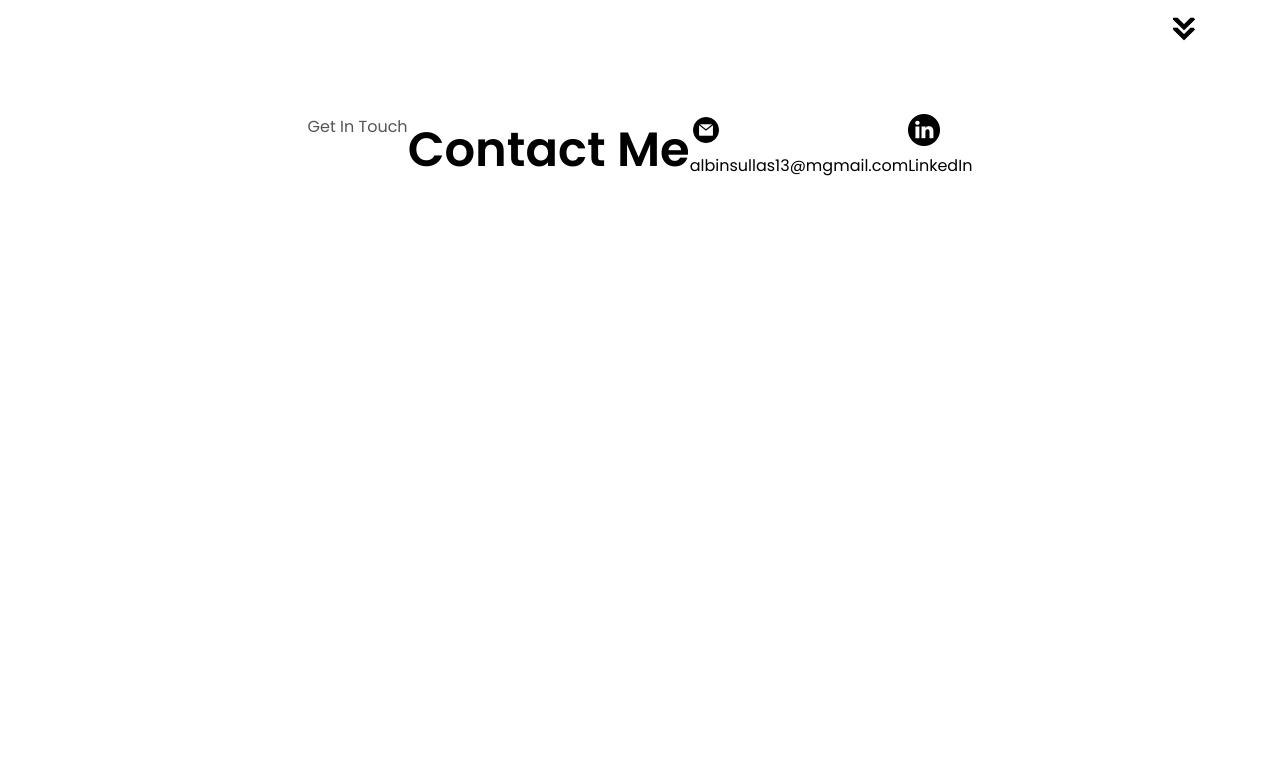
Repository: albinsabu2023/albinsabu
Page: index.html
The author's editor kept a copy of each file at every save. The page is drawn from the files as they stood at one save, then again after the next save.
The browser window is 1280 px wide. The pictures show the part of the page from y = 2687 to 3463 px (the page is 3463 px tall before and 3276 px after).
A picture or video elsewhere on the page could not be fetched, so the positions and the page height are approximate.

Above is the page before, as saved 2023-08-30 13:49:54.

### index.html
<!DOCTYPE html>
<html lang="en">
<link>
    <meta charset="UTF-8">
    <meta name="viewport" content="width=device-width, initial-scale=1.0">
    <title>Albin Sabu</title>
    <link rel="stylesheet" href="style.css"/>
    <link rel="stylesheet" href="mediaqueries.css">
</head>
<body>
    <nav id="desktop-nav">
        <div class="logo">
            ALBIN SABU
        </div>
        <div>
            <ul class="nav-links">
                <li><a href="#about">About</a></li>
                <li><a href="#experience">Experience</a></li>
                <li><a href="#project">Project</a></li>
                <li><a href="#contact">Contact</a></li>
            </ul>
        </div>
    </nav>
    <nav id="hamburger-nav">
        <div clas="logo"> ALBIN SABU</div>
        <div class="hamburger-menu">
            <div class="hamburger-icon" onclick="toggleMenu()">
                <span></span>
                <span></span>
                <span></span>
            </div>
            <div class="menu-links">
                <li><a href="#about" onclick="toggleMenu()">About</a></li>
                <li><a href="#about" onclick="toggleMenu()">Experience</a></li>
                <li><a href="#about" onclick="toggleMenu()">Project</a></li>
                <li><a href="#about" onclick="toggleMenu()">Contact</a></li>
            </div>
        </div>
    </nav>
    <section id="profile">
        <div class="section__pic-container">
            <img src="./assets/Albin Sabu2.png" alt="profile-pic">
        </div>
        <div class="section__text">
            <p class="section__text__p1">Hello ,I'm</p>
            <h1 class="title">Albin Sabu</h1>
            <p class="section__text__p2">Software Developer</p>
            <div class="btn_container">
                <button class="btn btn-color-2" onclick="window.open('./assets/Albin sabu.pdf')">Download CV</button>
                <button class="btn btn-color-1" onclick="location.href='#contact'">Contact Info</button>
            </div>
            <div id="social-container">
                <img src="./assets/linkedin.png" alt="My Linkedin Profile" class="icon" onclick="location.href='https://www.linkedin.com/in/albin-sabu-377798230'">
                <img src="./assets/github.png" alt="My Github Profile" class="icon" onclick="location.href='https://github.com/albinsabu2023'">

            </div>
        </div>
    </section>
    <section id="about">
        <p class="section__text__p1">Get To Know More</p>
        <h1 class="title">About Me</h1>
        <div class="section-container">
            <div class="section__pic-container">
                <img src="./assets/ull.png" alt="profilepicture" class="about-pic">
            </div>
            <div class="about-details-container">
                <div class="about-container">
                    <div class="details-container">
                        <img src="./assets/experience.png" alt="experience icon" class="icon">
                        <h3>Experience</h3>
                        <p>Full Stack Developer</p>
                    </div>
                    <div class="details-container">
                        <img src="./assets/education.png" alt="experience icon" class="icon">
                        <h3>Education</h3>
                        <p>B.Tech in Computer Science</p>
                    </div>
                </div>
                <div class="text-container">
                    <p>Greetings! I'm Albin Sabu, a dedicated Fullstack developer and final year Computer Science Engineering student. Hailing
                    from the serene landscapes of Kottayam, Kerala, India, I'm driven by a love for learning, a passion for playing
                    football, and traveling. My skill set encompasses rapid learning, astute critical thinking, and adept
                    problem-solving.  I'm poised to create meaningful
                    contributions in the world of development.
                    </p>
                </div>
            </div>
        </div>
        <!-- onclick="locaiton.href='./#experience'" -->
       <img src="./assets/arrow.png" alt="arrow" class="icon arrow" >
    </section>
    <section id="experience">
        <p class="section__text__p1">Explore My</p>
        <h1 class="title">Experience</h1>
        <div class="experience-details-container">
            <div class="about-container">
                <div class="details-container">
                    <h2 class="experience-sub-title">FrontEnd</h2>
                    <div class="article-container">
                        <article>
                            <img src="./assets/checkmark.png" alt="experience-icon" class="icon">
                            <div>
                                <h3>HTML</h3>
                                <p>Experienced</p>
                            </div>
                        </article>
                        <article>
                            <img src="./assets/checkmark.png" alt="experience-icon" class="icon">
                            <div>
                                <h3>CSS</h3>
                                <p>Experienced</p>
                            </div>
                        </article>
                        <article>
                            <img src="./assets/checkmark.png" alt="experience-icon" class="icon">
                            <div>
                                <h3>Javascript</h3>
                                <p>Experienced</p>
                            </div>
                        </article>
                        <article>
                            <img src="./assets/checkmark.png" alt="experience-icon" class="icon">
                            <div>
                                <h3>Typescript</h3>
                                <p>Experienced</p>
                            </div>
                        </article>
                        <article>
                            <img src="./assets/checkmark.png" alt="experience-icon" class="icon">
                            <div>
                                <h3>NextJS</h3>
                                <p>Experienced</p>
                            </div>
                        </article>

                    </div>
                </div>
                <div class="details-container">
                    <h2 class="experience-sub-title">Backend</h2>
                    <div class="article-container">
                        <article>
                            <img src="./assets/checkmark.png" alt="experience-icon" class="icon">
                            <div>
                                <h3>Node.Js</h3>
                                <p>Experienced</p>
                            </div>
                        </article>
                        <article>
                            <img src="./assets/checkmark.png" alt="experience-icon" class="icon">
                            <div>
                                <h3>MongoDB</h3>
                                <p>Experienced</p>
                            </div>
                        </article>

                        <article>
                            <img src="./assets/checkmark.png" alt="experience-icon" class="icon">
                            <div>
                                <h3>Express.Js</h3>
                                <p>Intermediate</p>
                            </div>
                        </article>
                        <article>
                            <img src="./assets/checkmark.png" alt="experience-icon" class="icon">
                            <div>
                                <h3>Git</h3>
                                <p>Experienced</p>
                            </div>
                        </article>
                        <article>
                            <img src="./assets/checkmark.png" alt="experience-icon" class="icon">
                            <div>
                                <h3>firebase</h3>
                                <p>Experienced</p>
                            </div>
                        </article>

                    </div>
                </div>
            </div>
        </div>
        <img src="./assets/arrow.png" alt="arrow" class="icon arrow">
    </section>
    <section id="project">
        <p class="section__text__p1">Browse My Recent</p>
        <h1 class="title">Projects</h1>
        <div class="experience-details-container">
            <div class="about-container">
                <div class="details-container color-container">
                    <div class="article-container">
                        <img src="./assets/project-1.png" alt="project1" class="project-img">
                    </div>
                    <h2 class="experience-sub-title project-title" onclick="location.href=''">Project One</h2>
                    <div class="btn-container">
                        <button class="btn btn-color-2 project-btn">
                            Github
                        </button>

                    </div>
                </div>
                <div class="details-container color-container">
                    <div class="article-container">
                        <img src="./assets/project-2.png" alt="project1" class="project-img">
                    </div>
                    <h2 class="experience-sub-title project-title" onclick="location.href=''">Project Two</h2>
                    <div class="btn-container">
                        <button class="btn btn-color-2 project-btn">
                            Github
                        </button>

                    </div>
                </div>
                <div class="details-container color-container">
                    <div class="article-container">
                        <img src="./assets/project-3.png" alt="project1" class="project-img">
                    </div>
                    <h2 class="experience-sub-title project-title" onclick="location.href=''">Project Three</h2>
                    <div class="btn-container">
                        <button class="btn btn-color-2 project-btn">
                            Github
                        </button>

                    </div>
                </div>
            </div>
        </div>
        <img src="./assets/arrow.png" alt="arrow" class="icon arrow">
    </section >
    <section id="contact">
        <p class="section__text__p1">Get In Touch</p>
        <h1 class="title">Contact Me</h1>
        <div class="contact-info-upper-container">
            <div class="contact-info-container">
                <img src="./assets/email.png" alt="email icon" class="icon contact-icon">
                <p><a href="mailto:albinsullas13@gmail.com">albinsullas13@mgmail.com</a></p>
            </div>
        </div>
        <div class="contact-info-upper-container">
            <div class="contact-info-container">
                <img src="./assets/linkedin.png" alt="linkdin icon" class="icon contact-icon">
                <p><a href="https://www.linkedin.com/in/albin-sabu-377798230">LinkedIn</a></p>
            </div>
        </div>
    </section>
    <script src="script.js"></script>
</body>
</html>

### style.css
@import url('https://fonts.googleapis.com/css2?family=Poppins:ital,wght@0,300;0,400;0,500;0,600;1,200;1,300;1,500;1,600&display=swap');

* {
    margin: 0;
    padding: 0;
}

body {
    font-family: 'Poppins', sans-serif;
}

html {
    scroll-behavior: smooth;
}

p {
    color: rgb(85, 85, 85);
}

a,
.btn {
    transition: all 300ms ease
}

/* Desktop navigation */
nav,
.nav-links {
    display: flex;

}

nav {
    justify-content: space-around;
    align-items: center;
    height: 17vh;

}

.nav-links {
    gap: 2rem;
    list-style: none;
    font-size: 1.5rem;
}
a{
    color:black;
    text-decoration: none;
    text-decoration-color: white;
}

a:hover{
    color:gray;
    text-decoration:underline;
    text-underline-offset:1rem ;
    text-decoration-color:rgb(181,181,181);
}

.logo{
    font-size:2rem;
}

#hamburger-nav{
    display:none;
}
.hamburger-menu{
    position: relative;
    display:inline-block;
}
.hamburger-icon{
    display: flex;
    flex-direction: column;
    justify-content: space-between;
    height: 24px;
    width: 30px;
    cursor: pointer;
}

.hamburger-icon span{
    width:100%;
    height: 2px;
    background-color: black;
    transition: all 0.3 ease-in-out;
}

.menu-links{
    position:absolute;
    top:100%;
    right:0%;

    width: fit-content;
    max-height: 0;
    overflow: hidden;
    transition: all 0.3 ease-in-out;
}

.menu-links{
    display: block;
    padding: 10px;
    text-align: center;
    font-size: 1.5rem;
    color: black;
    text-decoration: none;
    transform: all 0.3 ease-in-out;
}

.menu-links li{
    list-style: none;

}

.menu-links.open{
    max-height: 300px;
}

.hamburger-icon.open span:first-child{
    transform:rotate(45deg) translate(10px,5px);
}
.hamburger-icon.open span:nth-child(2){
   opacity:0;
}
.hamburger-icon.open span:last-child{
    transform:rotate(-45deg) translate(10px,-5px);
}

.hamburger-icon span:first-child{
    transform: none;
}
.hamburger-icon span:first-child{
    opacity:1;
}
.hamburger-icon span:first-child{
    transform: none;
}

section{
    padding-top:4vh ;
    height: 96vh;
    margin: 0 10rem;
    box-sizing: border-box;
    min-height: fit-content;
}

.section-container{
    display: flex;
}

#profile{
    display: flex;
    justify-content: center;
    gap: 5rem;
    height:  80vh;
}

.section__pic-container{
    display: flex;
    height: 400px;
    width: 400px;
    margin: auto 0;
}

.section__text{

    align-self:center;
    text-align: center;
}

.section__text p{
    font-weight: 600;
}
.section__text__p1{
    text-align: center;

}
.section__text__p2 {

    font-size: 1.75rem;
    margin-bottom: 1rem;
}

.title{
    font-size:3rem;
    text-align: center;
}
#social-container{
    display: flex;
    justify-content: center;
    margin-top: 1rem;
    gap: 1rem;
}

/* icon */
.icon{
    cursor: pointer;
    height: 2rem;
}

.btn-container{
    display: flex;
    justify-content:center;
    gap: 1rem;
}
.btn{
    font-weight: 600;
    transition: all 300ms ease;
    padding: 1rem;
    width: 8rem;
    border-radius: 2rem;

}

.btn-color-1,.btn-color-2{
    border:rgb(53,53,53) 0.1rem solid;
}
.btn-color-1:hover,
.btn-color-2:hover {
   cursor:pointer
}
.btn-color-1,
.btn-color-2:hover {
   background: rgb(53,53,53);
   color: white;
}

.btn-color-1:hover{
    background-color: rgb(0,0,0);

}
.btn-color-2{
    background:none
    ;
}
.btn-color-2:hover{
    border:rgb(255,255,255) 0.1rem solid;
}

/* About section */

#about{
    position: relative;
}
.about-container{
    gap:2rem;
    margin-bottom:2rem ;
    margin-top: 2rem;
}
.about-details-container{
    justify-content: center;
    flex-direction: column;
}

.about-container,.about-details-container{
    display: flex;
}

.about-pic{
    border-radius: 2rem;

}
.arrow{
    position:absolute;
    right:-5rem;
    bottom:2.5rem;
}

.details-container{
    padding:1.5rem ;
    flex: 1;
    background: white;
    border-radius: 2rem;
    border: rgb(53,53,53) 0.1rem solid;
    border-color: rgb(163,163,163);
    text-align: center;

}

.section-container{
    gap: 4rem;
    height: 80%;
}

.section__pic-container{
    height: 300px;
    width:300px ;
    margin:auto 0;
}

/* experience */

#experience{
    position:relative;
}

.experience-sub-title{
    color:rgb(85,85,85);
    font-weight: 600;
    font-size: 1.75rem;
    margin-bottom:2rem;
}

.experience-details-container{
    display: flex;
    justify-content: center;
    flex-direction: column;
}
.article-container{
    display: flex;
    text-align: initial;
    flex-wrap: wrap;
    flex-direction: row;
    gap: 2.5rem;
    justify-content: space-around;
}

article{
    display: flex;
    width: 10rem;
    justify-content: space-around;
    gap:0.5rem ;
}

.article .icon{
    cursor:default;
}

/* project */

#project{
    position: relative;
}

.color-container{
    border-color: rgb(163,163,163);
    background: rgb(250,250,250);
}
.project-img{
    border-radius: 2rem;
    width: 90%;
    height: 90%;
}
.project-title{
    margin: 1rem;
    color:black;
}

.project-btn{
    color: black;
    border-color: rgb(163, 163, 163);
}

#contact{
    display: flex;

    justify-content: center;
}

### mediaqueries.css
@media screen and (max-width:1200px){
    #desktop-nav{
        display: none;
    }
    #hamburger-nav{
        display: flex;
    }
}

Loaded but not shown: script.js (common file)

After the next save:
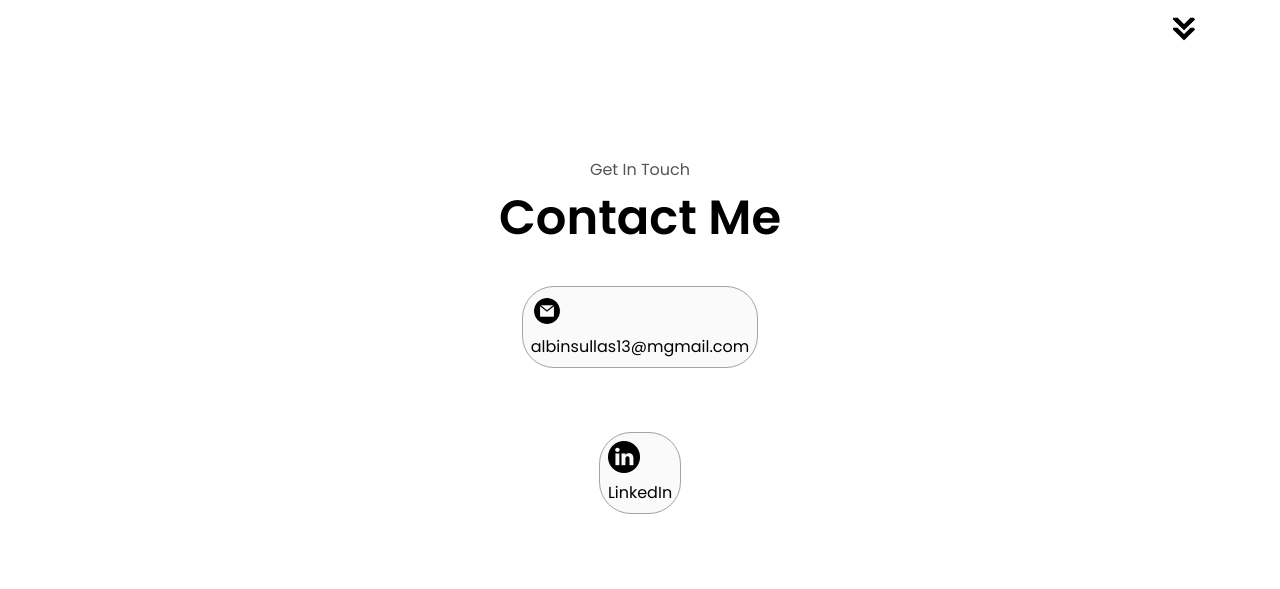
Saved 93 s later.
--- a/style.css
+++ b/style.css
@@ -348,6 +348,19 @@ article{
 
 #contact{
     display: flex;
-
-    justify-content: center;
-}
+    justify-content: center;
+    flex-direction: column;
+    height: 70vh;
+
+}
+
+.contact-info-upper-container{
+    display: flex;
+    justify-content: center;
+    border-radius:2rem ;
+    border: rgb(53,53,53) 0.1rem solid;
+    border-color: rgb(163, 163, 163);
+    background: rgb(250,250,250);
+    margin: 2rem auto;
+    padding: 0.5rem;
+}
